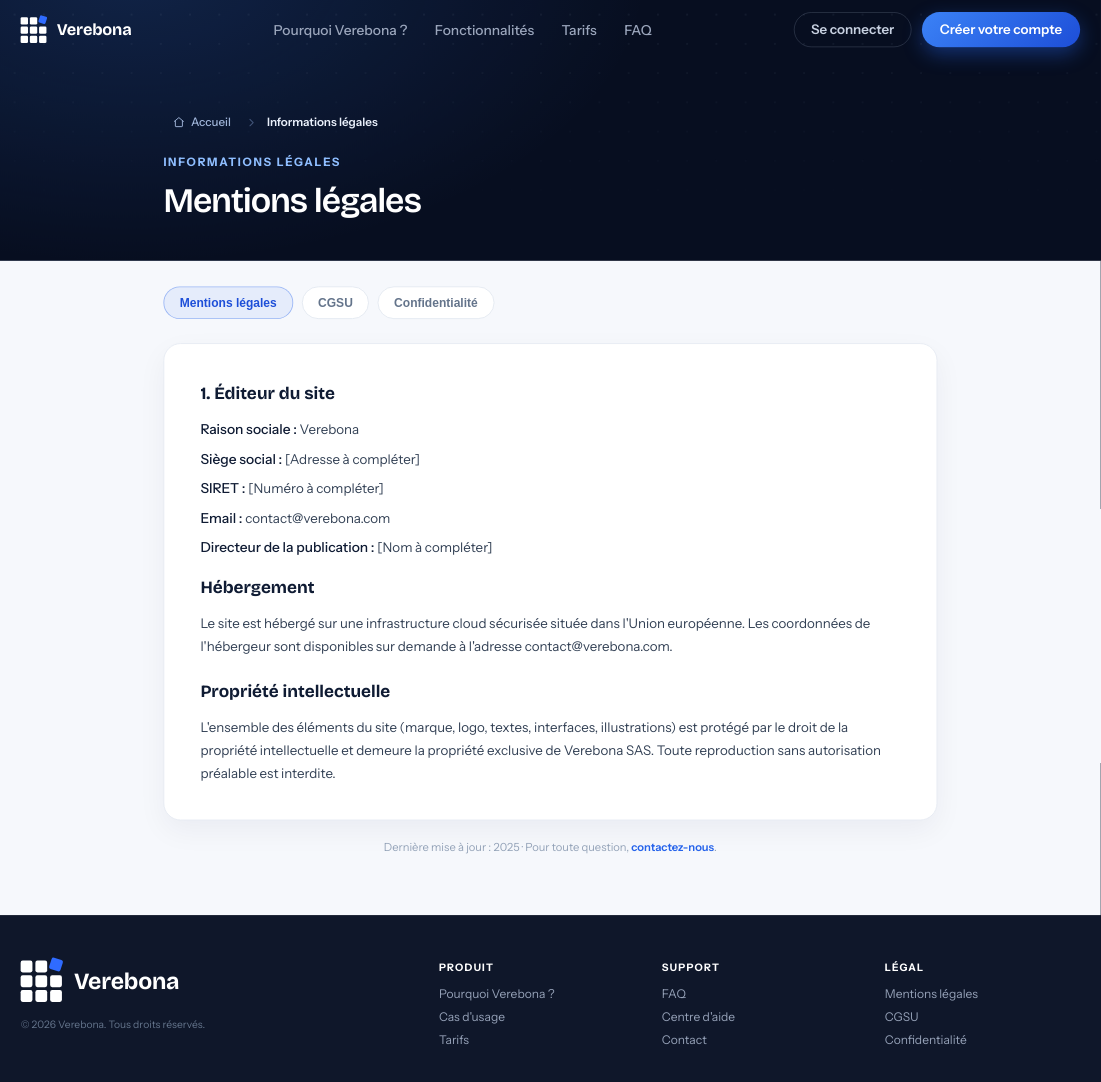
Repository: AdminVerebona/verebona-public
Page: /mentions-legales
An editor plug-in stored every save of this project. The page is shown before and after the next save, followed by the edit.
The browser window is 1280 px wide. The pictures show the whole page, at 86% of full size.
The project was rebuilt for these pictures with package versions that can differ from the ones it lists, and the page was loaded fresh each time. Also part of the build but not shown: next.config.mjs, vite.config.js, vite.config.ts, src/composables/useLanding.ts, src/sections/HeroSection.vue, src/sections/WhySection.vue, src/sections/UseCasesSection.vue, src/sections/FeaturesSection.vue and 6 more.

Above is the page before, as saved 2026-07-10 15:12:07.

After the next save:
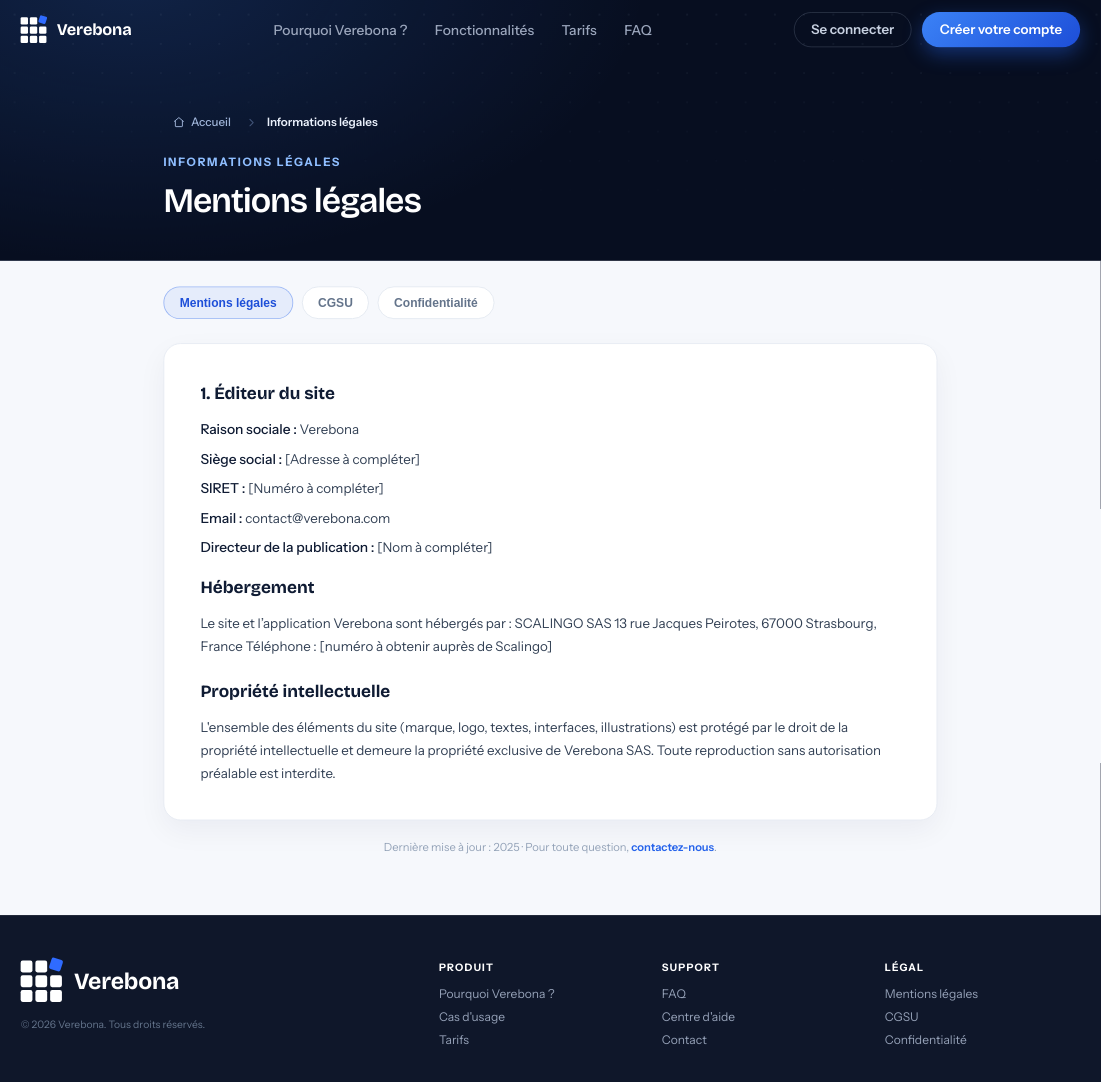
Saved 23 s later.
--- a/src/views/LegalView.vue
+++ b/src/views/LegalView.vue
@@ -24,7 +24,13 @@
           <p style="margin:0 0 6px"><span style="font-size:16px;font-weight:500;color:#0F1B33">Email :</span> contact@verebona.com</p>
           <p style="margin:0 0 16px"><span style="font-size:16px;font-weight:500;color:#0F1B33">Directeur de la publication :</span> [Nom à compléter]</p>
           <h2 style="font-size:20px;font-weight:700;color:#0F1B33;font-family:'Bricolage Grotesque',sans-serif;margin:0 0 10px">Hébergement</h2>
-          <p style="margin:0 0 22px">Le site est hébergé sur une infrastructure cloud sécurisée située dans l'Union européenne. Les coordonnées de l'hébergeur sont disponibles sur demande à l'adresse contact@verebona.com.</p>
+          <p style="margin:0 0 22px">Le site et l’application Verebona sont hébergés par :
+
+SCALINGO SAS
+
+13 rue Jacques Peirotes, 67000 Strasbourg, France
+
+Téléphone : [numéro à obtenir auprès de Scalingo]</p>
           <h2 style="font-size:20px;font-weight:700;color:#0F1B33;font-family:'Bricolage Grotesque',sans-serif;margin:0 0 10px">Propriété intellectuelle</h2>
           <p style="margin:0">L'ensemble des éléments du site (marque, logo, textes, interfaces, illustrations) est protégé par le droit de la propriété intellectuelle et demeure la propriété exclusive de Verebona SAS. Toute reproduction sans autorisation préalable est interdite.</p>
         </div>
